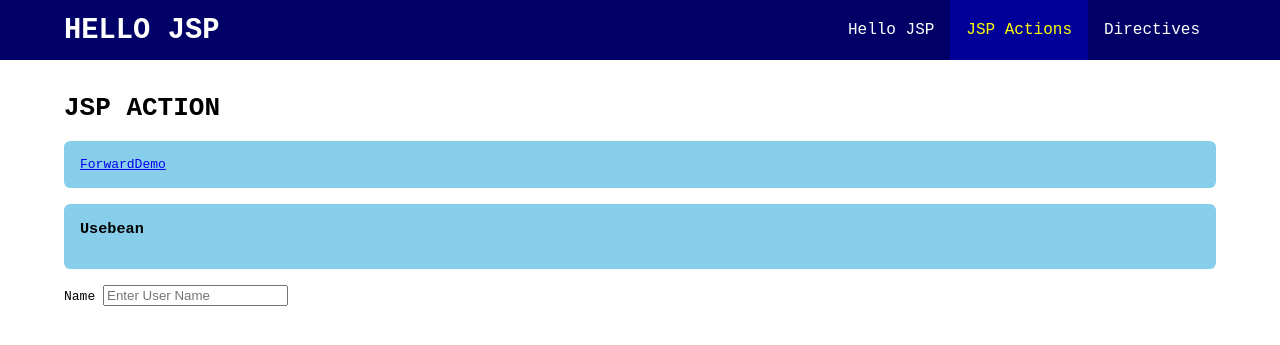
Repository: aungmyattthu/javaWeb
Page: http://localhost/HelloJsp/actions.jsp
An editor plug-in stored every save of this project. The page is shown before and after the next save, followed by the edit.
The browser window is 1280 px wide. The pictures show the whole page.
The page is served by Tomcat 9. Other server files are loaded and not shown.

Above is the page before, as saved 2023-04-22 10:49:38.

### HelloJsp/src/main/webapp/actions.jsp
<%@ page language="java" contentType="text/html; charset=UTF-8"
    pageEncoding="UTF-8"%>
<!DOCTYPE html>
<html>
<head>
<link rel="stylesheet" href="resources/style.css" />
<meta charset="UTF-8">
<title>JSP ACTION</title>
</head>
<body>
	<%
	if ("1".equals(request.getParameter("forward"))) {
	%>
		<jsp:forward page="forward.jsp">
			<jsp:param value="Hello from Action JSP page" name="message"/>
		</jsp:forward>
	<%
	}
	%>
	<jsp:include page="resources/nav-bar.jsp">
		<jsp:param value="actions" name="page"/>
	</jsp:include>
	<main>
		<h1>JSP ACTION</h1>
		<section><a href="actions.jsp?forward=1">ForwardDemo</a></section>
		<section><h3>Usebean</h3></section>
		<form action="useBean.jsp">
			<div class="form-group">
				<label for="">Name</label>
				<input type="text" name="name" placeholder="Enter User Name"/>
			</div>
		</form>
	</main>
</body>
</html>

### HelloJsp/src/main/webapp/resources/nav-bar.jsp
<%@ page language="java" contentType="text/html; charset=UTF-8"
	pageEncoding="UTF-8"%>
<header>
	<span class="brand">Hello Jsp</span>
	<nav>
		<%
	String pageId = request.getParameter("page");
	if ("hello".equals(pageId)) {
	%>
		<a class="active" href="index.jsp">Hello JSP</a> <a href="actions.jsp">JSP Actions</a> <a
			href="directives.jsp">Directives</a>
		<%
	} else if ("actions".equals(pageId)) {
	%>
		<a href="index.jsp">Hello JSP</a> <a class="active" href="actions.jsp">JSP Actions</a> <a
			href="directives.jsp">Directives</a>
		<%
	} else if ("directives".equals(pageId)) {
	%>
		<a href="index.jsp">Hello JSP</a> <a href="actions.jsp">JSP Actions</a> <a
			class="active" href="directives.jsp">Directives</a>
		<%
	}
	%>


	</nav>
</header>

### HelloJsp/src/main/webapp/resources/style.css
@charset "UTF-8";

body {
	min-height: 100vh;
	display: grid;
	grid-template-rows: 60px 1fr;
	margin: 0;
	font-family: monospace;
}

header {
	background-color: hsl(240deg 100% 20%);
	color: white;
	display: flex;
	justify-content: space-between;
	padding-left: 4rem;
	padding-right: 4rem;
}

header>.brand {
	font-size: 1.8rem;
	text-transform: uppercase;
	font-weight: 800;
	display: flex;
	align-items: center;
}
header>nav{
	display: flex;
}
header>nav>a{
	display:flex;
	align-items:center;
	padding-left:1rem;
	padding-right:1rem;
	text-decoration: none;
	color:white;
	font-size:1rem;
}
header>nav>a.active{
	background-color: hsl(240deg 100% 30%);
	color:yellow;
}


main{
	padding: 1rem 4rem;
}
section{
	background-color: skyblue;
	padding:1rem;
	border-radius: 0.4rem;
	margin-bottom: 1rem;
}
h3{
	margin-top: 0;
}

After the next save:
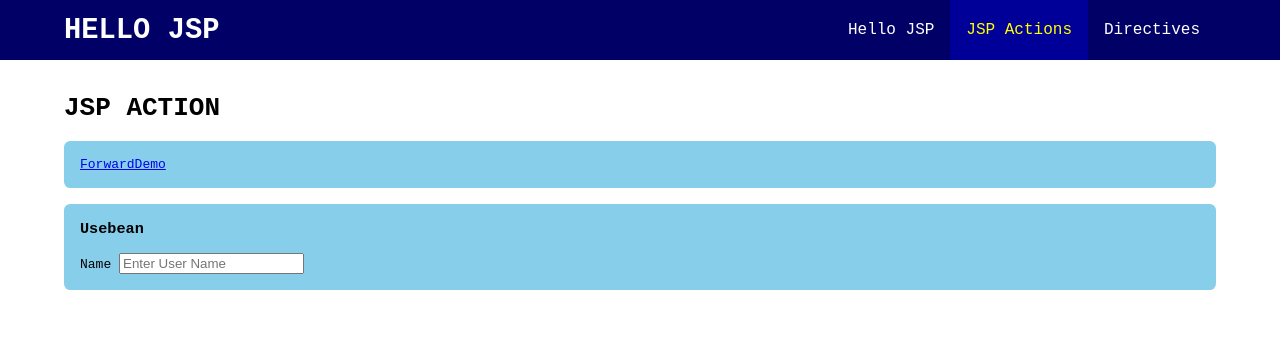
Saved 23 s later.
--- a/HelloJsp/src/main/webapp/actions.jsp
+++ b/HelloJsp/src/main/webapp/actions.jsp
@@ -23,13 +23,15 @@
 	<main>
 		<h1>JSP ACTION</h1>
 		<section><a href="actions.jsp?forward=1">ForwardDemo</a></section>
-		<section><h3>Usebean</h3></section>
+		<section><h3>Usebean</h3>
 		<form action="useBean.jsp">
 			<div class="form-group">
 				<label for="">Name</label>
 				<input type="text" name="name" placeholder="Enter User Name"/>
 			</div>
 		</form>
+		</section>
+
 	</main>
 </body>
 </html>
